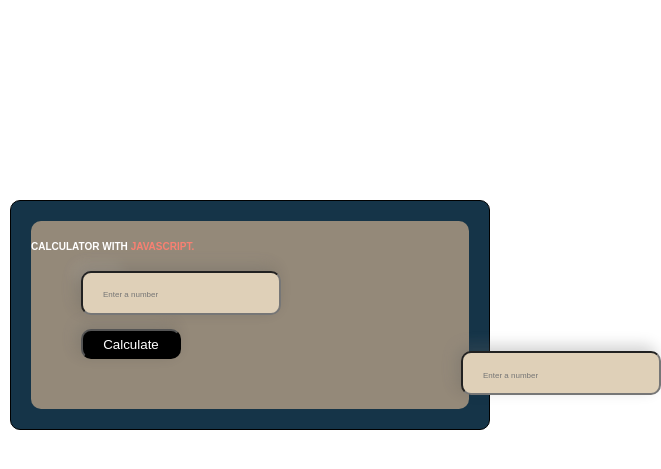
Repository: isaacCodes1/Calculator-with-js
Page: index2.html
The author's editor kept a copy of each file at every save. The page is drawn from the files as they stood at one save, then again after the next save.
The browser window is 375 px wide. The page is 661 px wide, so the pictures cover 661 px, including what lies to the right of the window. The pictures show the whole page.
Some web fonts or font styles are not loaded; a fallback is used.

Above is the page before, as saved 2024-04-22 15:28:02.

After the next save:
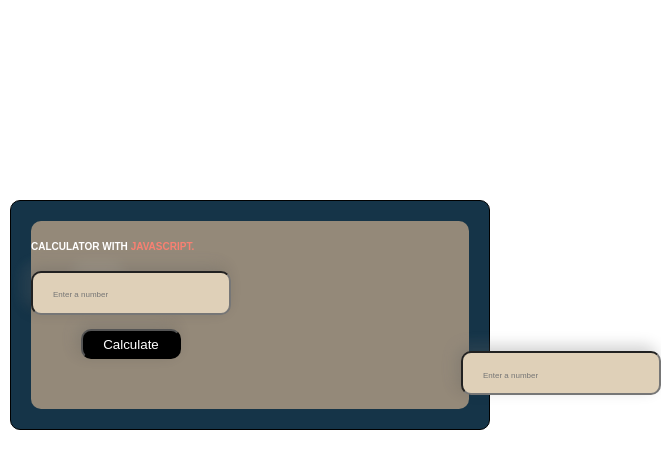
Saved 5 s later.
--- a/mediaquery.css
+++ b/mediaquery.css
@@ -20,6 +20,6 @@
     top: 40px;
   }
   .num1{
-
+    left: 20px;
   }
 }
